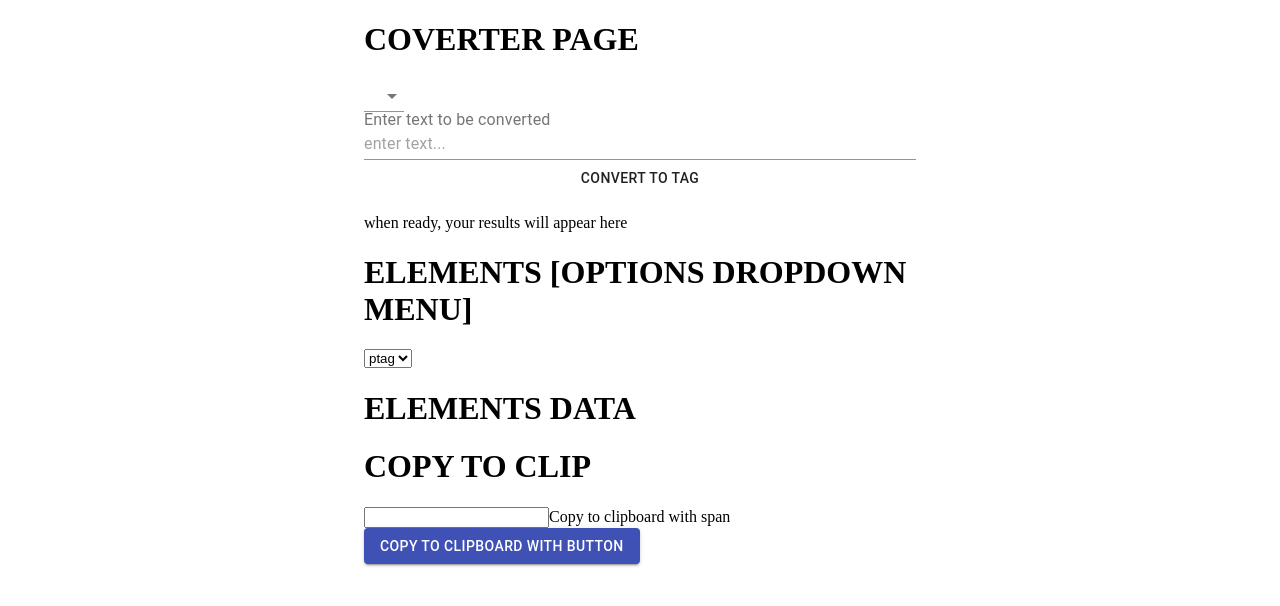
Repository: DevLuDaley/element-generator
Page: /
These files come from the project's save history. The page is drawn as it stood at one moment and after the next save; the edit follows.
The browser window is 1280 px wide. The pictures show the whole page.
The project was rebuilt for these pictures with package versions that can differ from the ones it lists, and the page was loaded fresh each time. Also part of the build but not shown: webpack.config.js, src/components/optionsArray.js.

Above is the page before, as saved 2020-12-23 19:58:54.

After the next save:
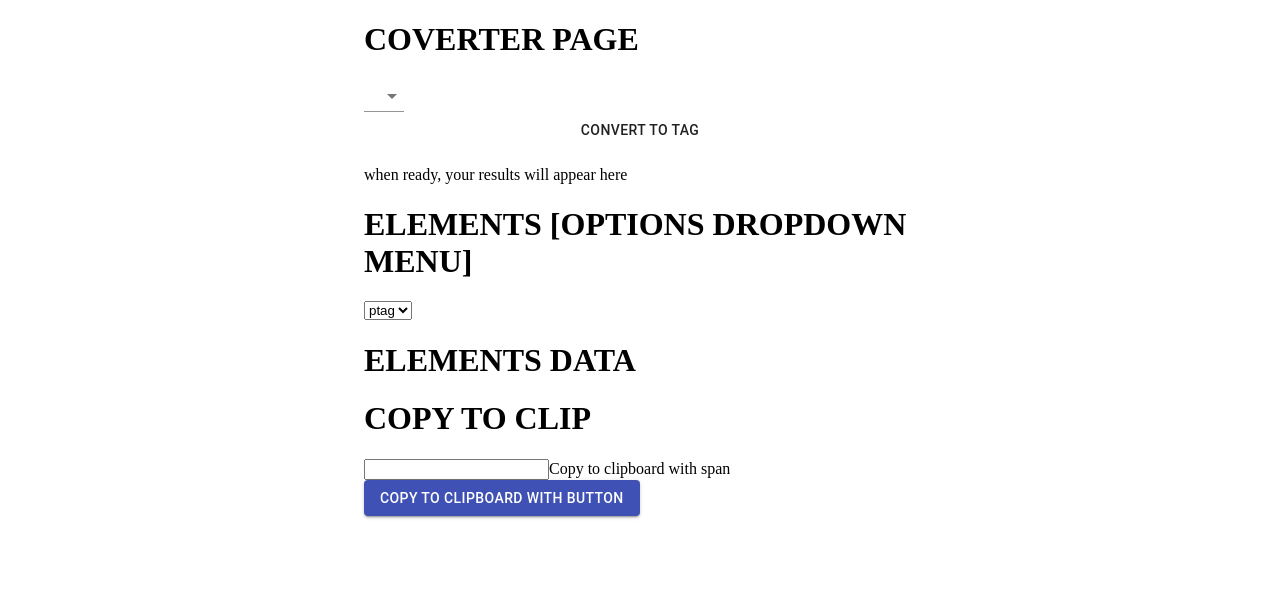
Saved 52 s later.
--- a/src/components/ConverterPage.js
+++ b/src/components/ConverterPage.js
@@ -91,8 +91,8 @@ import CopyToClip from './CopyToClip'
 
                 /> */}
 
-              <InputLabel> Enter text to be converted </InputLabel>
-                <Input type="text" placeholder='enter text...' value={name} name="name" onChange={e => setName(e.target.value)}/>
+              {/* <InputLabel> Enter text to be converted </InputLabel>
+                <Input type="text" placeholder='enter text...' value={name} name="name" onChange={e => setName(e.target.value)}/> */}
 
                 <Button onClick={handleSubmit} type="submit" variant="raised" color="primary">
                         Convert to Tag
